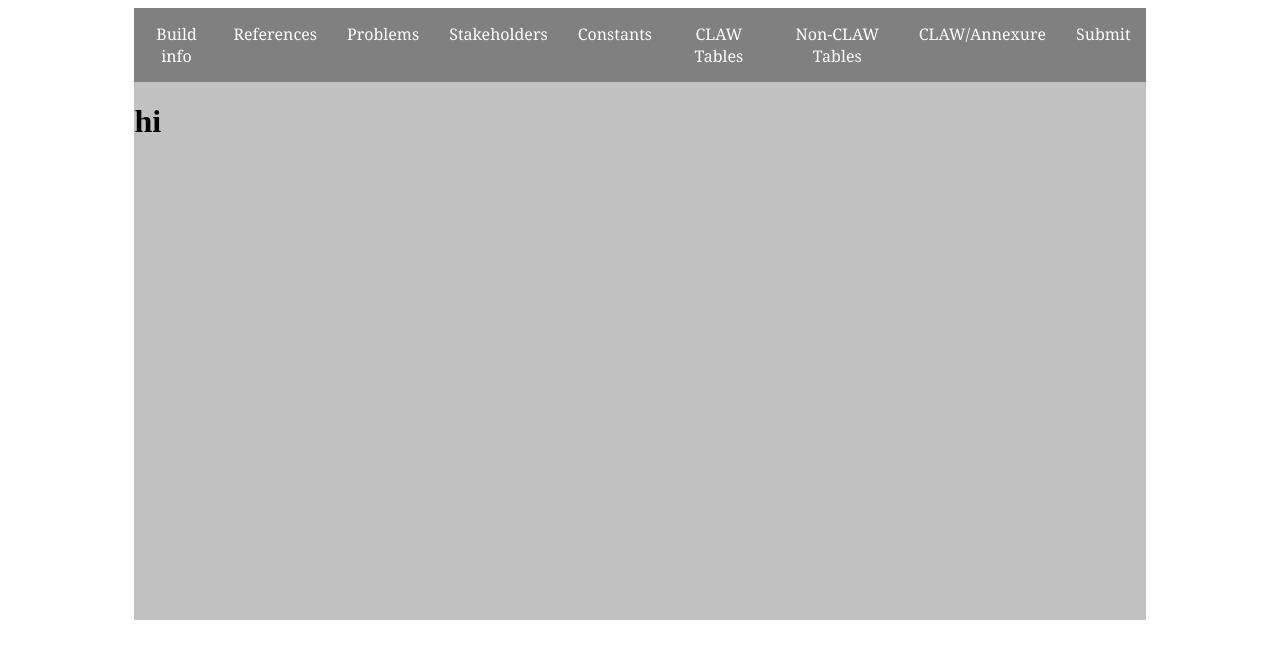
Repository: Rammjay/vimala-activity-report
Page: http://localhost/
An editor plug-in stored every save of this project. The page is shown before and after the next save, followed by the edit.
The browser window is 1280 px wide. The pictures show the whole page.
The page is served by the project's application, run on Django 5.2 (report/manage.py). Other server files are loaded and not shown.

Above is the page before, as saved 2024-09-22 11:15:51.

### vim/report/reports/templates/1.html
<html>
    <head>

    <style>
        html {
            overflow: hidden;
            background-color: rgb(255, 255, 255);
        }
        h4 {
            text-align: left;
        }
        .container {
            max-width: 80%;
            margin: auto;
            height: 85vh;
            background-color: rgb(193, 193, 193);
        }
        fieldset {
            height: fit-content;
            font-family: Cambria, Cochin, Georgia, Times, 'Times New Roman', serif;
        }
        .navbar ul {
            display: flex;
            list-style-type: none;
            background-color: grey;
            padding: 0px;
            margin: 0px;
            overflow: hidden;
            width: 100%;
        }
        .navbar a {
            color: white;
            text-decoration: none;
            padding: 15px;
            display: block;
            font-family: Cambria, Cochin, Georgia, Times, 'Times New Roman', serif;
            text-align: center;
        }
        .navbar a:hover {
            background-color: rgb(255, 255, 255);
        }
        .navbar li {
            flex-grow: 1;
        }
        .grid-container {
            align-items: center;
            display: grid;
            width: 70%;
            height: 50vh;
            padding-top: 5vh;
            padding-left: 10vh;
            grid-template-columns: 1fr 1fr;
            grid-template-rows: 1fr 1fr;
            gap: 10px;
        }
        .grid-item {
            background-color: rgb(255, 255, 255);
            display: flex;
            font-family: Cambria, Cochin, Georgia, Times, 'Times New Roman', serif;
            font-size: 24px;
            padding-left: 5vh;
            color: white;
            border-radius: 8px;
            border-color: black;
        }
        .bt {
            padding-left: 18vh;
            padding-top: 12vh;
            font-family: Cambria, Cochin, Georgia, Times, 'Times New Roman', serif;
        }




    </style>
    </head>
    <body>
        <div class="container">
            <div class="header">
                <nav class="navbar" >
                    <ul>
                        <li class="selected"><a href="/" onclick="handleTabClick(event, this)">Build info</a></li>
                        <li><a href="/references" onclick="handleTabClick(event, this)">References</a></li>
                        <li><a href="/problems" onclick="handleTabClick(event, this)">Problems</a></li>
                        <li><a href="/stakeholders" onclick="handleTabClick(event, this)">Stakeholders</a></li>
                        <li><a href="/constants" onclick="handleTabClick(event, this)">Constants</a></li>
                        <li><a href="/claw" onclick="handleTabClick(event, this)">CLAW Tables</a></li>
                        <li><a href="/nonclaw" onclick="handleTabClick(event, this)">Non-CLAW Tables</a></li>
                        <li><a href="/annexure" onclick="handleTabClick(event, this)">CLAW/Annexure</a></li>
                        <li><a href="/submit" onclick="handleTabClick(event, this)">Submit</a></li>
                    </ul>
                </nav>
            </div>
            <h1>hi</h1>
        </div>
    </body>
</html>

### vim/report/report/views.py
from django.shortcuts import render, redirect
from django.core.exceptions import ValidationError
from reports.models import Table
import uuid
from django.http import HttpResponseRedirect


def main(request):

    return render(request, '1.html')

### vim/report/report/urls.py
"""
URL configuration for report project.

The `urlpatterns` list routes URLs to views. For more information please see:
    https://docs.djangoproject.com/en/5.1/topics/http/urls/
Examples:
Function views
    1. Add an import:  from my_app import views
    2. Add a URL to urlpatterns:  path('', views.home, name='home')
Class-based views
    1. Add an import:  from other_app.views import Home
    2. Add a URL to urlpatterns:  path('', Home.as_view(), name='home')
Including another URLconf
    1. Import the include() function: from django.urls import include, path
    2. Add a URL to urlpatterns:  path('blog/', include('blog.urls'))
"""
from django.contrib import admin
from django.urls import path
from . import views

urlpatterns = [
    path('admin/', admin.site.urls),
    path('',views.main, name="main"),
]

After the next save:
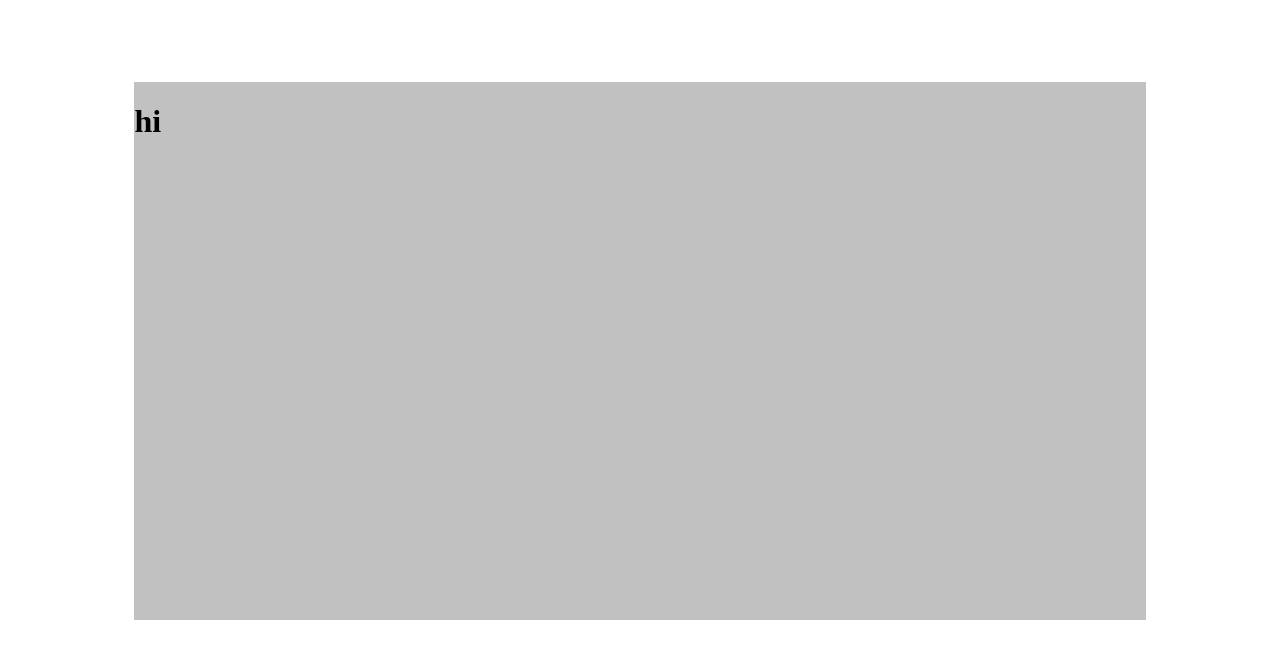
Saved 5 s later.
--- a/vim/report/reports/templates/1.html
+++ b/vim/report/reports/templates/1.html
@@ -22,7 +22,7 @@
         .navbar ul {
             display: flex;
             list-style-type: none;
-            background-color: grey;
+            background-color: rgb(255, 255, 255);
             padding: 0px;
             margin: 0px;
             overflow: hidden;
